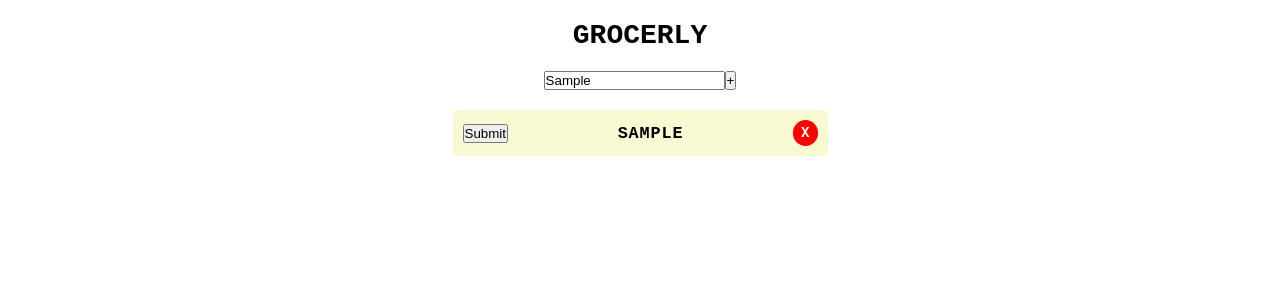
Repository: vikatgen/grocery-list
Page: index.html
An editor plug-in stored every save of this project. The page is shown before and after the next save, followed by the edit.
The browser window is 1280 px wide. The pictures show the whole page.
Empty fields were first filled with sample values (such as "Sample", 5 or name@example.com).
After loading, the first visible `#submit-button` was clicked once.

Above is the page before, as saved 2020-03-25 19:47:40.

### index.html
<!DOCTYPE html>
<html lang="en">
  <head>
    <meta charset="UTF-8" />
    <meta name="viewport" content="width=device-width, initial-scale=1.0" />
    <link rel="stylesheet" href="style.css" />
    <title>Grocerly</title>
  </head>
  <body>
    <header><span>Grocerly</span></header>
    <main>
      <div class="container input-container">
        <input type="text" id="add-grocery-input" />
        <input type="submit" value="+" id="submit-button" />
      </div>
    </main>
    <section>
      <div id="list-container" class="container"></div>
    </section>
    <script src="/app.js"></script>
  </body>
</html>

### style.css
* {
  padding: 0;
  margin: 0;
  box-sizing: border-box;
}

html {
  font-size: 14px;
  width: 100%;
  height: 100%;
}

.container {
  width: 90%;
  max-width: 375px;
}

header {
  width: 100%;
  display: flex;
  justify-content: center;
  padding: 20px 0px;
}

header span {
  font-size: 2rem;
  font-weight: bold;
  text-transform: uppercase;
  font-family: monospace;
}

.input-container {
  width: 100%;
  display: flex;
  margin: auto;
  justify-content: center;
  align-items: center;
}

#list-container {
  width: 100%;
  display: flex;
  flex-direction: column;
  justify-content: center;
  margin: 20px auto;
}

.list-item {
  display: flex;
  justify-content: space-between;
  align-items: center;
  padding: 10px;
  margin-bottom: 20px;
  background-color: lightgoldenrodyellow;
  border-radius: 5px;
}

.grocery-name {
  font-size: 1.2rem;
  text-transform: uppercase;
  font-weight: bold;
  font-family: monospace;
  letter-spacing: 0.9px;
}

.remove-list-item {
  cursor: pointer;
  background-color: red;
  display: inline-block;
  padding: 5px 8px;
  color: white;
  font-weight: bold;
  font-family: monospace;
  border-radius: 50px;
}

### app.js
const addGrocery = document.querySelector("#add-grocery-input");
const submitButton = document.querySelector("#submit-button");
const listContainer = document.querySelector("#list-container");

submitButton.addEventListener("click", event => {
  let rowDiv = document.createElement("div");
  rowDiv.classList.add("list-item");
  rowDiv.innerHTML = `
        <input type="submit" id="in-basket" />
        <div class="grocery-name">${addGrocery.value}</div>
        <div class="remove-list-item">X</div>
    `;

  let groceryName = document.querySelector(".grocery-name");
  const inBasket = document.querySelector("#in-basket");

  rowDiv.querySelector(".remove-list-item").addEventListener("click", event => {
    const currentRow = event.currentTarget.parentNode;
    currentRow.parentNode.removeChild(currentRow);
  });

  listContainer.append(rowDiv);
});

After the next save:
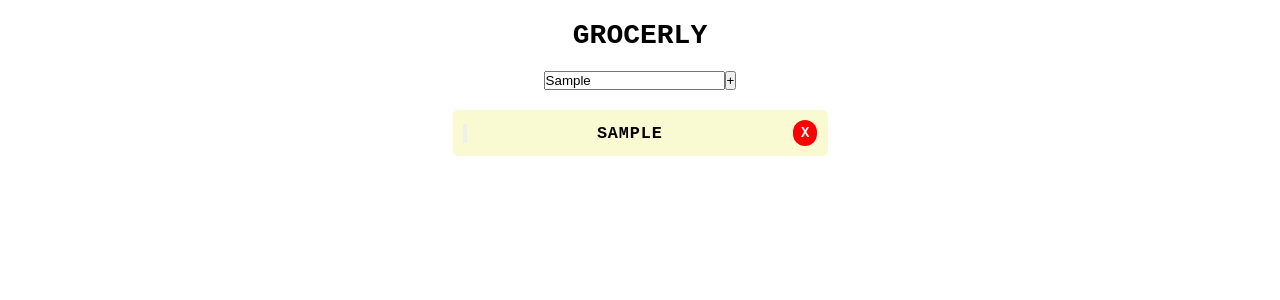
Saved 15 s later.
--- a/app.js
+++ b/app.js
@@ -6,7 +6,7 @@
   let rowDiv = document.createElement("div");
   rowDiv.classList.add("list-item");
   rowDiv.innerHTML = `
-        <input type="submit" id="in-basket" />
+        <input type="submit" id="in-basket" value=""/>
         <div class="grocery-name">${addGrocery.value}</div>
         <div class="remove-list-item">X</div>
     `;
